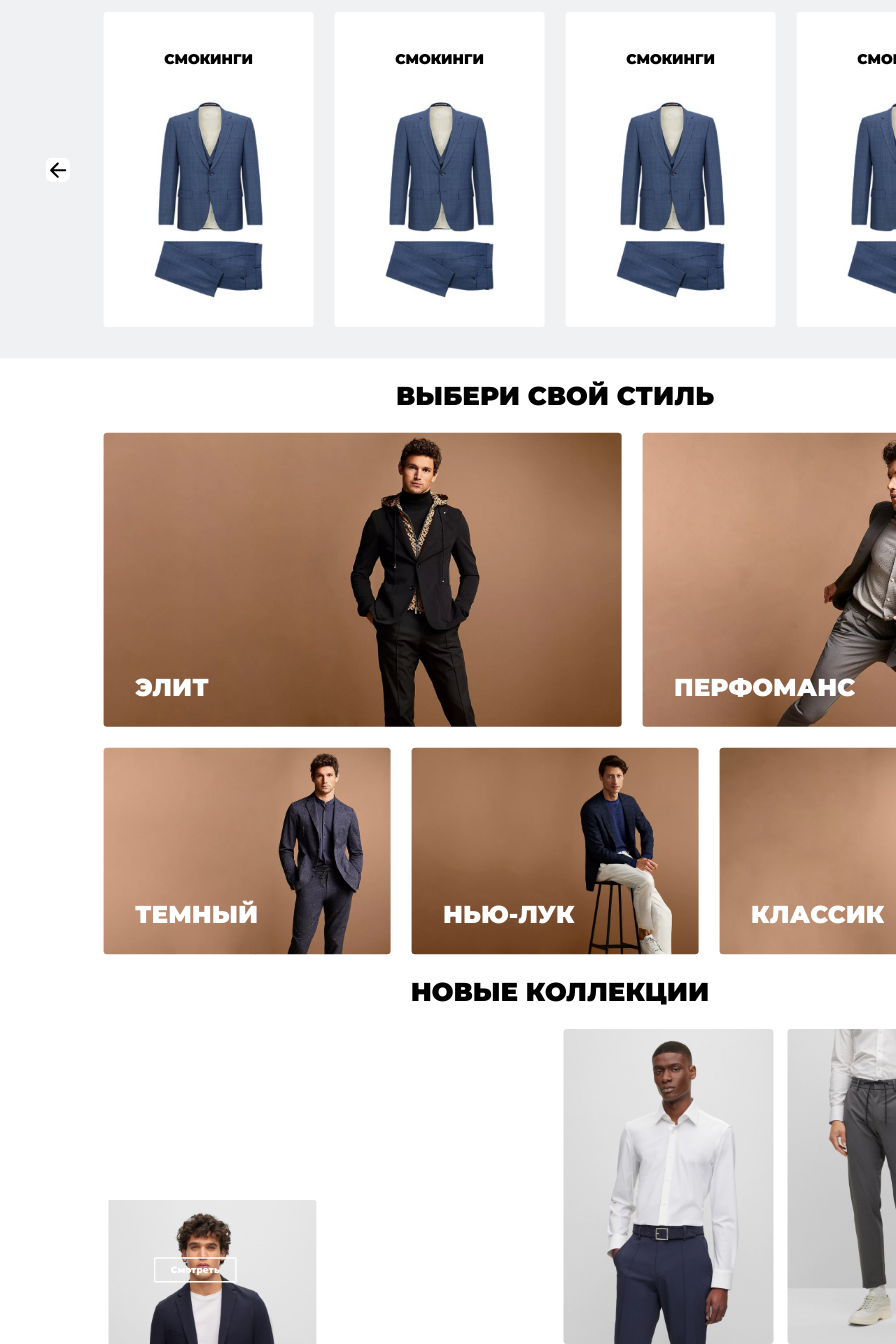
Repository: MaksimKrupkin/SigmaEllegance
Page: /
These files come from the project's save history. The page is drawn as it stood at one moment and after the next save; the edit follows.
The browser window is 1280 px wide. The pictures show the part of the page from y = 873 to 2793 px (the page is 2793 px tall), at 70% of full size.
An inner scrolling area shows only its first screen. Some web fonts or font styles are not loaded; a fallback is used. The project was rebuilt for these pictures with package versions that can differ from the ones it lists, and the page was loaded fresh each time.

Above is the page before, as saved 2023-11-23 23:07:55.

After the next save:
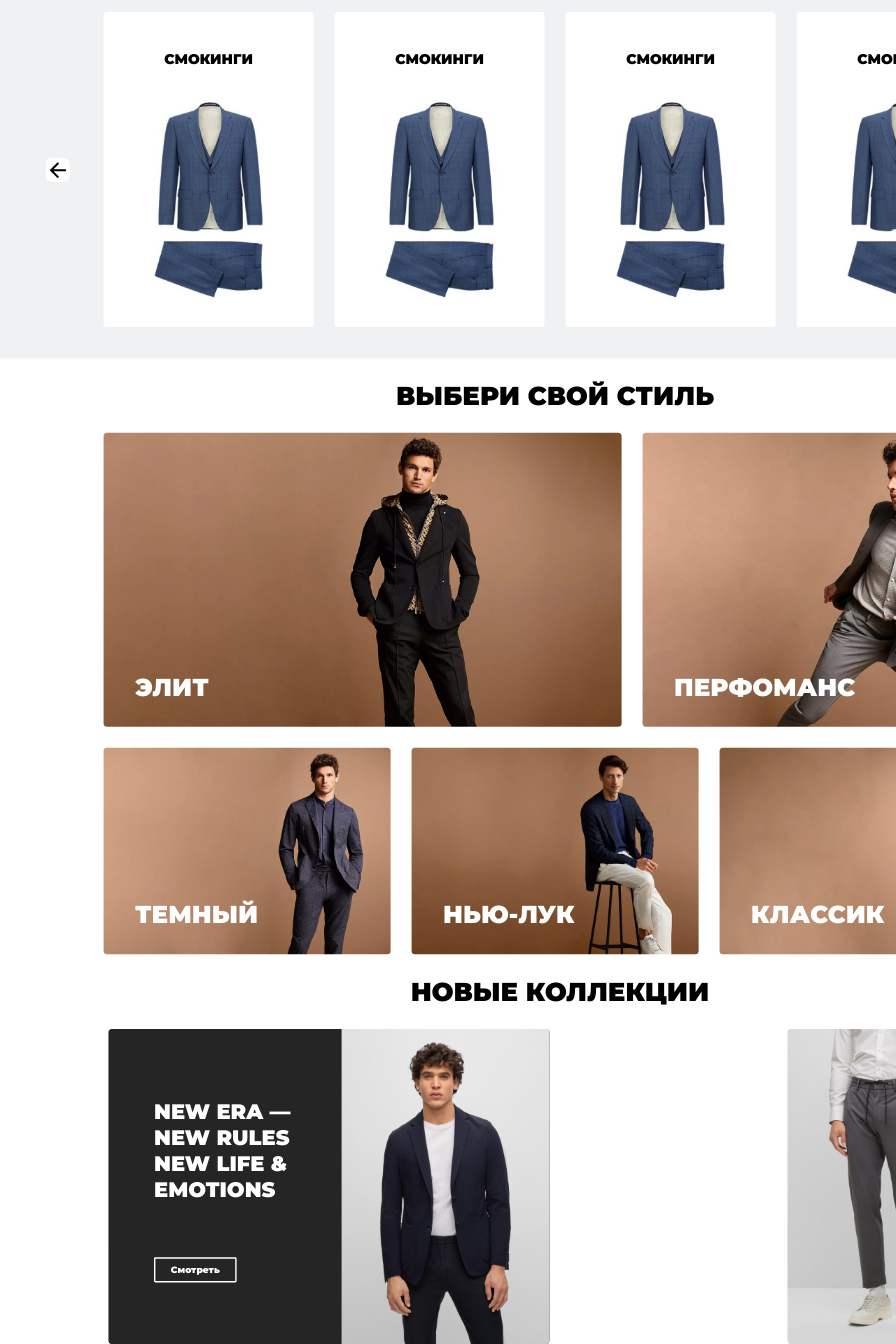
Saved 43 s later.
--- a/src/Components/Collections/Collections.module.css
+++ b/src/Components/Collections/Collections.module.css
@@ -28,12 +28,14 @@
 
 .collection1 {
   display: inline-block;
+  position: absolute;
   vertical-align: top; /* Установка вертикального выравнивания */
   width: 630px; /* Установка ширины каждой коллекции */
   height: 450px; /* Установка высоты каждой коллекции */
   border-radius: 5px;
   background-size: cover; /* Растягивание изображения для заполнения контейнера */
   margin-right: 20px; /* Отступ между коллекциями */
+  background-color: #252525;
 }
 
 .subtitle {
